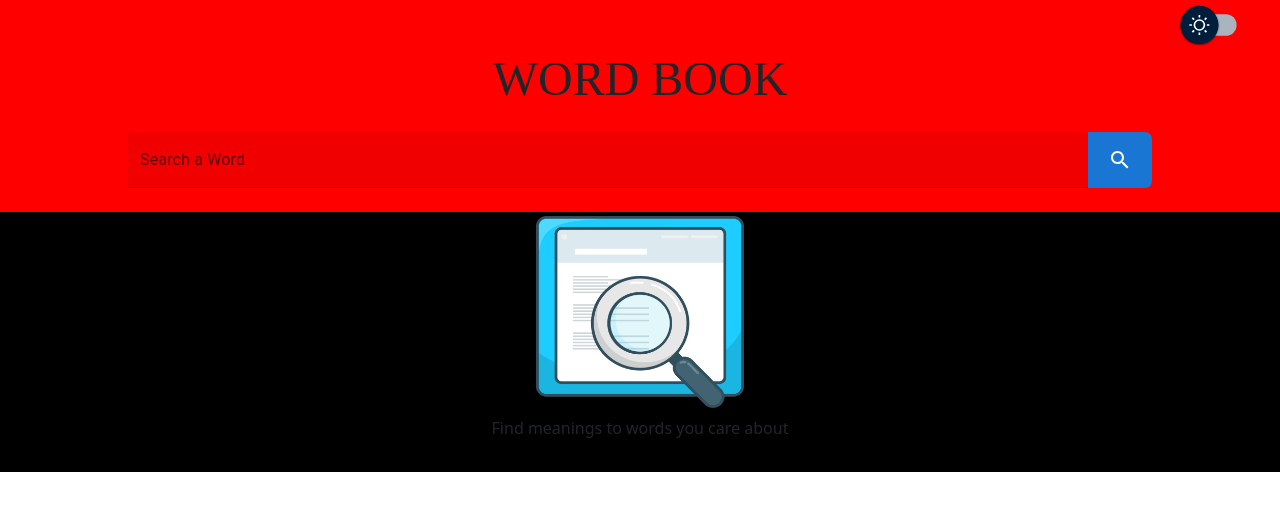
Repository: marveldev/my-dictionary
Page: /
An editor plug-in stored every save of this project. The page is shown before and after the next save, followed by the edit.
The browser window is 1280 px wide. The pictures show the whole page.
The project was rebuilt for these pictures with package versions that can differ from the ones it lists, and the page was loaded fresh each time. Also part of the build but not shown: src/components/themeSwitcher/MUISwitch.jsx.

Above is the page before, as saved 2022-05-29 18:53:25.

### public/index.html
<!DOCTYPE html>
<html lang="en">
  <head>
    <meta charset="utf-8" />
    <meta name="viewport" content="width=device-width, initial-scale=1" />
    <meta name="theme-color" content="#000000" />
    <meta name="description" content="Web site created using create-react-app" />
    <link
      href="https://cdn.jsdelivr.net/npm/bootstrap@5.1.3/dist/css/bootstrap.min.css"
      rel="stylesheet"
      integrity="sha384-1BmE4kWBq78iYhFldvKuhfTAU6auU8tT94WrHftjDbrCEXSU1oBoqyl2QvZ6jIW3"
      crossorigin="anonymous"
    />
    <link rel="apple-touch-icon" href="./icon-192x192.png" />
    <link rel="icon" href="./icon-192x192.png" />
    <link rel="manifest" href="./manifest.json" />
    <title>My Dictionary</title>
  </head>
  <body>
    <noscript>You need to enable JavaScript to run this app.</noscript>
    <div id="root"></div>
  </body>
</html>

### src/index.js
import React from 'react'
import ReactDOM from 'react-dom'
import App from './App'
import swDev from './swDev'
import './index.css'

ReactDOM.render(
  <React.StrictMode>
    <App />
  </React.StrictMode>,
  document.getElementById('root'),
)
swDev()

### src/App.js
import { useEffect, useState } from 'react'
import { createTheme } from '@mui/material'
import { Form, Output, ThemeSwitcher } from './components'

const App = () => {
  const [definitions, setDefinitions] = useState([])
  const [appMode, setAppMode] = useState('online')
  const [isLoading, setIsLoading] = useState(null)

  const storedTheme = localStorage.getItem('theme') || 'light'
  const [theme, setTheme] = useState(storedTheme)

  const themePalette = createTheme({
    palette: {
      mode: theme,
    },
  })

  useEffect(() => {
    if (navigator.onLine) {
      setAppMode('onLine')
    } else {
      setAppMode('offline')
    }
  }, [])

  return (
    <div className={`${theme} app`}>
      <div className="top-column top-0 w-100 pb-4">
        <ThemeSwitcher setTheme={setTheme} theme={theme} themePalette={themePalette} />
        <h1 className="text-center">{definitions?.word || 'WORD BOOK'}</h1>
        <Form
          setDefinitions={setDefinitions}
          themePalette={themePalette}
          setAppMode={setAppMode}
          setIsLoading={setIsLoading}
        />
      </div>

      <Output definitions={definitions} appMode={appMode} isLoading={isLoading} />
    </div>
  )
}

export default App

### src/swDev.js
export default function swDev() {
  let swUrl = `${process.env.PUBLIC_URL}/sw.js`
  navigator.serviceWorker.register(swUrl).then(response => {
    console.warn("response", response)
  })
}

### src/index.css
body {
  margin: 0;
}

.app {
  width: 100%;
  height: 100vh;
  transition: all 0.5s linear 0s;
  overflow: auto;
}

.app::-webkit-scrollbar {
  display: none;
}

.top-column {
  position: fixed;
  top: 0;
  width: 100%;
  padding-bottom: 1em;
  /* background: #fff; */
  z-index: 1;
  transition: all 0.5s linear 0s;
  background-color: red;
}

.theme-switcher {
  text-align: right;
  margin: 1em 0.3em 0.5em;
}

h1 {
  font-size: 3em;
  font-family: 'Montserrat light', serif;
  text-align: center;
  margin: 0 0 0.5em;
}

.fs-4 {
  font-size: 1.1em;
}

.text-center {
  text-align: center;
}

.form {
  display: flex;
  margin: auto;
  width: 80%;
}

#searchButton {
  border-radius: 0 0.5em 0.5em 0;
  box-shadow: none;
}

.output {
  margin: 13em auto 0;
  padding-bottom: 1em;
  background-color: #000;
}

.search-illustration {
  width: 13em;
  height: 13em;
  object-fit: contain;
}

.definition-header {
  padding: 1em 2em;
  font-family: 'Montserrat Medium', serif;
}

.volume-icon {
  transform: scale(1.8);
  color: #000;
}

.definitions-wrapper {
  width: 80%;
  background: #f0f0f0;
}

.definition {
  background: #3b5360;
}

button:active {
  transform: translateY(0.2em);
}

.dark {
  background: #282c34;
  color: #fff;
}

.dark #searchButton {
  background: #1174ff;
  color: #fff;
}

.dark .top-column {
  /* background: #282c34; */
}

.dark .definitions-wrapper {
  background: #3b3f46;
}

.dark .definition {
  background: #355c6c;
}

.dark .volume-icon {
  color: #fff;
}

@media screen and (max-width: 628px) {
  .form {
    width: 95%;
  }

  .output {
    margin-top: 12em;
  }

  .definition-header {
    padding: 0.5em 0;
  }

  .definitions-wrapper {
    width: 95%;
    padding: 0 1em;
  }
}

### src/components/index.js
export { default as Form } from './form/Form'
export { default as Output } from './output/Output'
export { default as ThemeSwitcher } from './themeSwitcher/ThemeSwitcher'

### src/components/form/Form.jsx
import { useState } from 'react'
import debounce from 'lodash.debounce'
import wordList from 'word-list-json'
import { TextField, ThemeProvider, Autocomplete, Button } from '@mui/material'
import SearchIcon from '@mui/icons-material/Search'

const Form = ({ setDefinitions, themePalette, setIsLoading, setAppMode }) => {
  const [filteredWords, setFilteredWords] = useState([])
  const [word, setWord] = useState('')

  const url = `https://api.dictionaryapi.dev/api/v2/entries/en/${word}`

  const doWordFilter = debounce(value => {
    if(value.trim().length >= 1) {
      const wordFilter = wordList?.filter(word => word.startsWith(value.toLowerCase())).slice(0, 30)
      setFilteredWords(wordFilter)
    } else {
      setFilteredWords([])
      setWord('')
      setDefinitions([])
    }
  }, 300)

  const fetchDefinition = async event => {
    event?.preventDefault()
    if (word.trim().length >= 1) {
      setIsLoading(true)

      try {
        const response = await fetch(url)
        const data = await response.json()
        if (data) {
          setIsLoading(null)
          setDefinitions(data[0])
          setAppMode('online')
        }
      } catch (error) {
        setAppMode('offline')
        setDefinitions([])
      }
    }
  }

  return (
    <ThemeProvider theme={themePalette}>
      <>
        <Autocomplete
          freeSolo
          disableClearable
          options={filteredWords.map(word => word)}
          onChange={(event, value) =>
            setWord(value)
          }
          renderInput={params =>
            <form
              className="form d-flex m-auto"
              onSubmit={event => fetchDefinition(event)}
            >
              <TextField
                {...params}
                variant="filled"
                label="Search a Word"
                onChange={event => doWordFilter(event.target.value)}
              />
              <Button type="submit" variant="contained" id="searchButton">
                <SearchIcon />
              </Button>
            </form>
          }
        />
      </>
    </ThemeProvider>
  )
}

export default Form

### src/components/output/Output.jsx
import { IconButton } from '@mui/material'
import VolumeUpIcon from '@mui/icons-material/VolumeUp'
import { searchIllustration, loader } from '../assets'

const Output = ({ definitions, isLoading, appMode }) => {
  const playWord = (url) => {
    const audio = new Audio(url)
    audio?.play()
  }

  return (
    <div className="output">
      {isLoading && appMode === 'online' && (
        <div className="text-center">
          <img src={loader} alt="loading" />
        </div>
      )}

      {!isLoading && (
        <>
          {!definitions && (
            <div className="text-center fs-4 px-4">
              😞 we couldn't find definitions for the word you are looking for.
            </div>
          )}

          {definitions?.length <= 0 && (
            <div className="text-center">
              <img src={searchIllustration} className="search-illustration" alt="search illustration" />
              <p>Find meanings to words you care about</p>
            </div>
          )}

          {definitions?.meanings && (
            <div className="definitions-wrapper m-auto pb-4 rounded">
              <div className="definition-header d-flex align-items-center gap-3">
                {definitions.phonetics[0]?.audio && (
                  <IconButton onClick={() => playWord(definitions.phonetics[0]?.audio)}>
                    <VolumeUpIcon className="volume-icon" />
                  </IconButton>
                )}
                <div>
                  <p className="m-0 fs-5">{definitions?.word}</p>
                  {definitions?.phonetic && <p className="m-0">{definitions?.phonetic}</p>}
                </div>
              </div>
              <ul className="mx-lg-5 ps-0">
                {definitions?.meanings.map((meaning, index) => (
                  <li key={index}>
                    <p>"partOfSpeech": {meaning.partOfSpeech}</p>
                    {meaning.definitions?.map((data, index) => (
                      <div key={index} className="definition text-white rounded p-2 mb-3">
                        <p className="fw-bold">{data.definition}</p>
                        <p>
                          <span className="me-2 fw-bold">Example:</span>
                          {data.example}
                        </p>
                        <p className="mb-0">
                          <span className="me-2 fw-bold">Synonyms:</span>
                          {data.synonyms.join(', ')}
                        </p>
                      </div>
                    ))}
                  </li>
                ))}
              </ul>
            </div>
          )}
        </>
      )}

      {appMode === 'offline' && (
        <div className="text-center fs-4">😞 you are in offline mode or some issue with connection.</div>
      )}
    </div>
  )
}

export default Output

### src/components/themeSwitcher/ThemeSwitcher.jsx
import { FormControlLabel } from '@mui/material'
import { MaterialUISwitch } from './MUISwitch'

const ThemeSwitcher = ({ theme, setTheme, themePalette }) => {
  const switchTheme = () => {
    const currentTheme = theme === 'dark' ? 'light' : 'dark'
    setTheme(currentTheme)
    localStorage.setItem('theme', currentTheme)
  }

  return (
    <div className="theme-switcher text-end mx-lg-4 mt-2">
      <FormControlLabel
        label=""
        control={
          <MaterialUISwitch
            theme={themePalette}
            onChange={switchTheme}
            checked={theme === 'dark' && true}
            aria-label="switch theme"
          />
        }
      />
    </div>
  )
}

export default ThemeSwitcher

### src/components/assets/index.js
export { default as searchIllustration } from './searchIllustration.png'
export { default as loader } from './loader.svg'

After the next save:
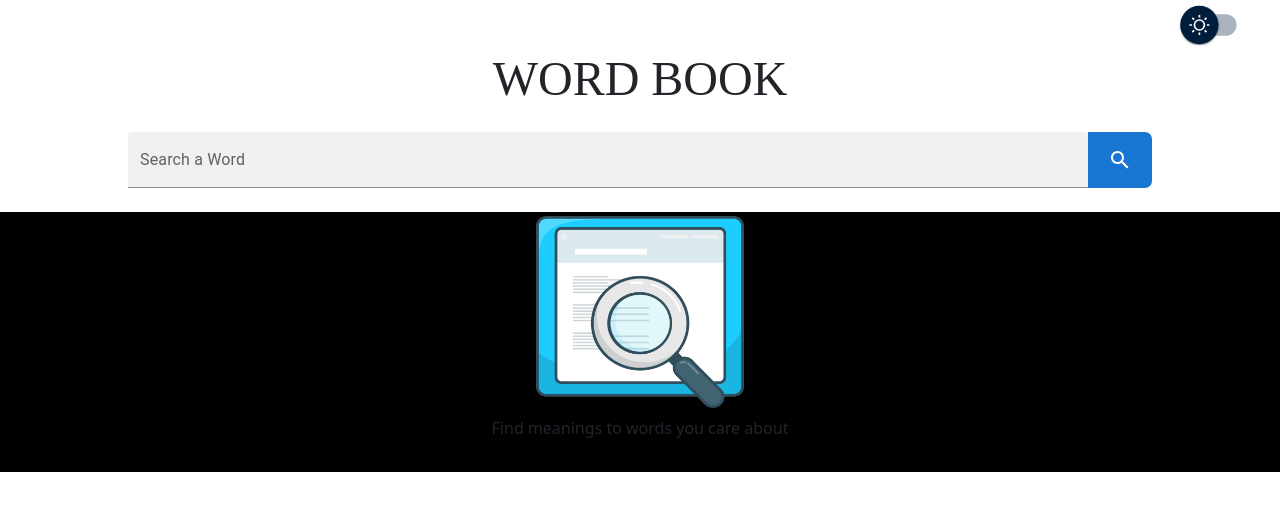
Saved 57 s later.
--- a/src/index.css
+++ b/src/index.css
@@ -18,10 +18,9 @@ body {
   top: 0;
   width: 100%;
   padding-bottom: 1em;
-  /* background: #fff; */
+  background: #fff;
   z-index: 1;
   transition: all 0.5s linear 0s;
-  background-color: red;
 }
 
 .theme-switcher {
@@ -101,7 +100,7 @@ button:active {
 }
 
 .dark .top-column {
-  /* background: #282c34; */
+  background: #282c34;
 }
 
 .dark .definitions-wrapper {
